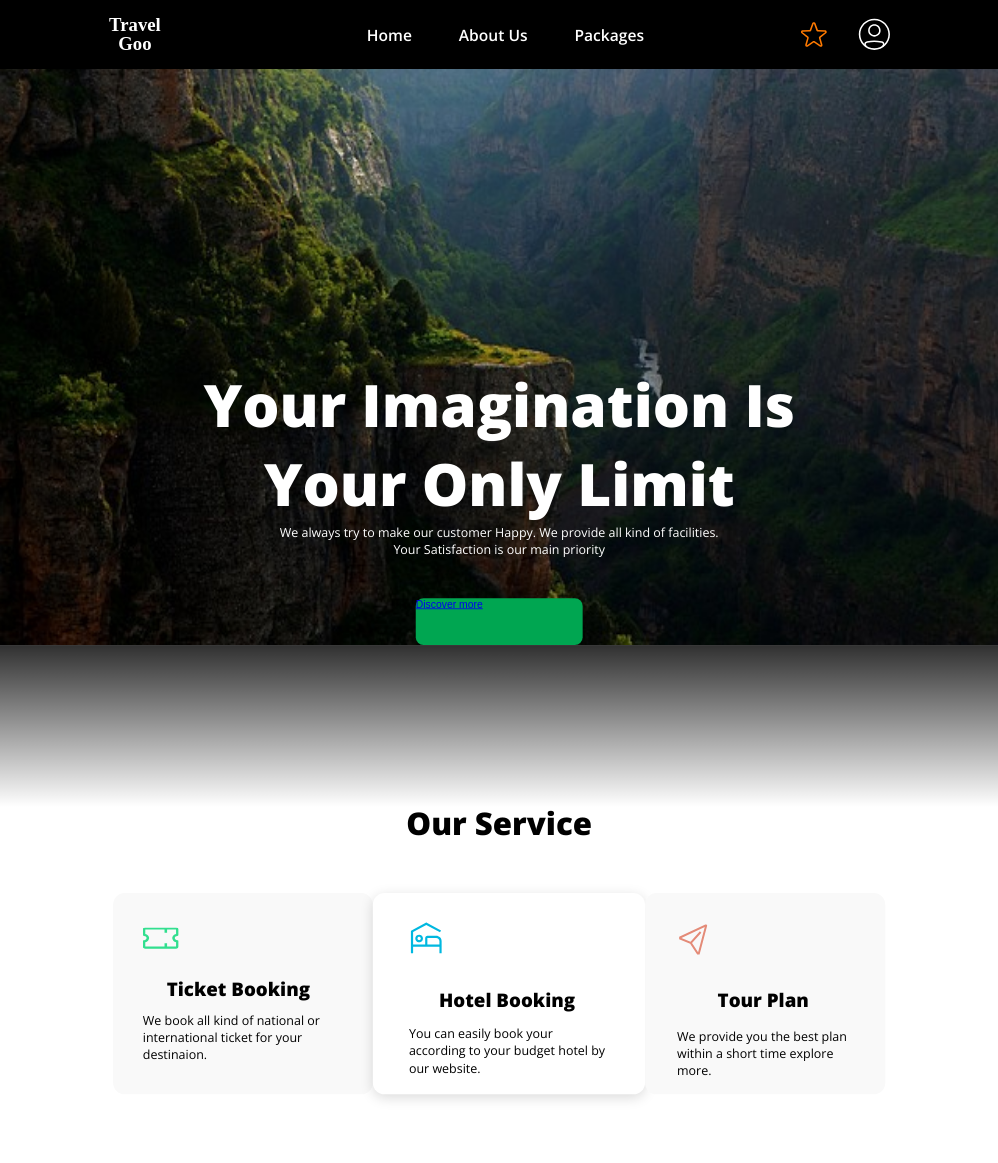
Repository: simralgasimov/back-project
Page: index.html
These files come from the project's save history. The page is drawn as it stood at one moment and after a run of saves; the edit follows.
The browser window is 1280 px wide. The pictures show the whole page, at 78% of full size.
Some web fonts or font styles are not loaded; a fallback is used.

Above is the page before, as saved 2023-09-27 13:40:38.

After the next 3 saves:
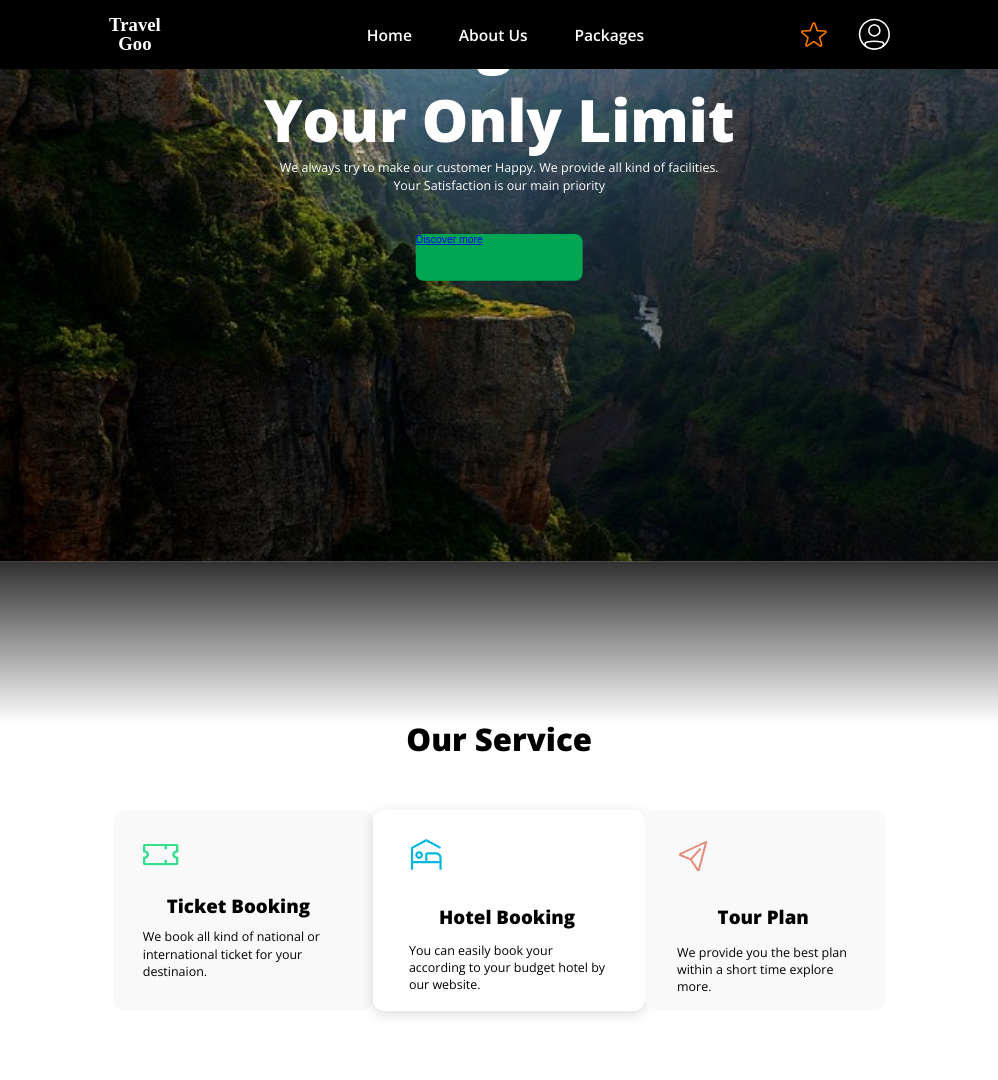
The 3 saves are shown as one change because they came seconds apart.
The last was saved 33 s later.
--- a/index.css
+++ b/index.css
@@ -27,7 +27,8 @@
 }
 .container-1{
   /* padding: 381px ; */
-  padding-top: 467px;
+  /* padding-top: 467px; */
+  min-height: 100vh;
   background-image: url("./canyon-1740973_640.jpg");
   background-repeat: no-repeat;
   background-size: 100% 100%;
